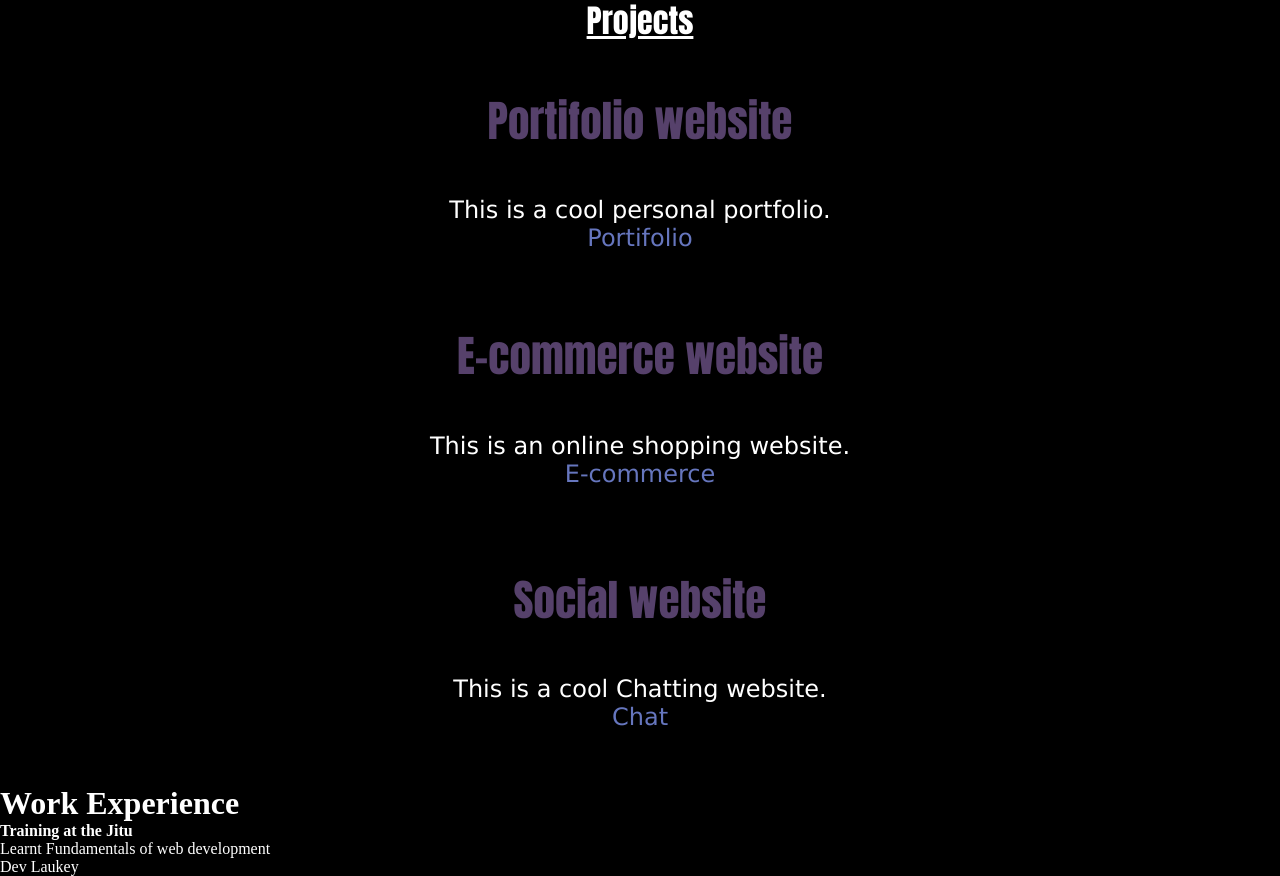
Repository: LaukeyMwaura/Jitu-Day-2
Page: index.html
The author's editor kept a copy of each file at every save. The page is drawn from the files as they stood at one save, then again after the next save.
The browser window is 1280 px wide. The pictures show the part of the page from y = 1458 to 2410 px (the page is 2334 px tall before and 2410 px after).
A picture or video elsewhere on the page could not be fetched, so the positions and the page height are approximate.

Above is the page before, as saved 2022-05-12 00:39:35.

After the next save:
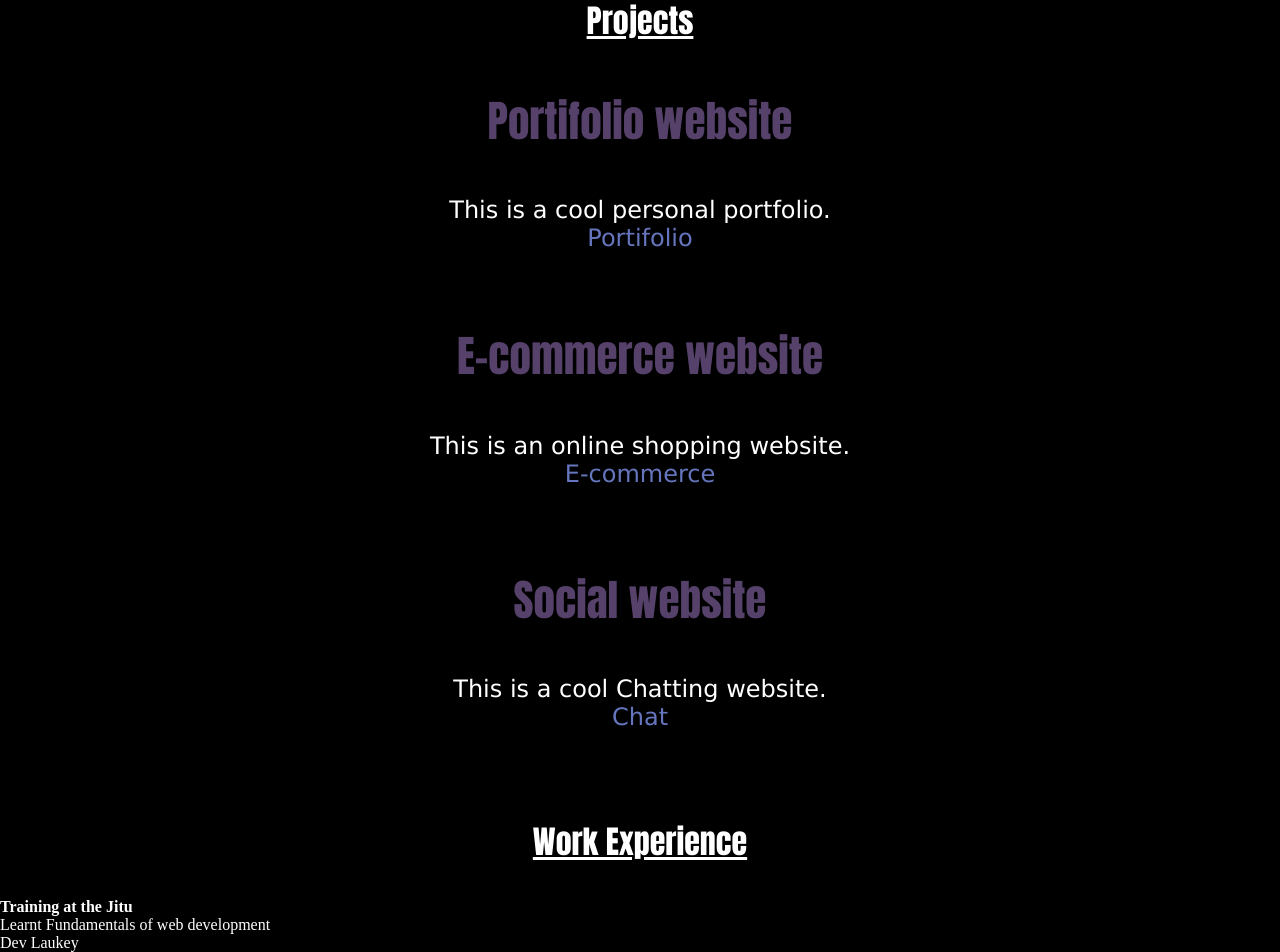
Saved 10 s later.
--- a/index.html
+++ b/index.html
@@ -95,7 +95,7 @@
       <br><br><br>
     </div>
     <div id="work" class="work">
-      <h1>Work Experience</h1>
+      <h1 class="heading">Work Experience</h1>
       <div>
         <h4>Training at the Jitu</h4>
         <p>Learnt Fundamentals of web development</p>
